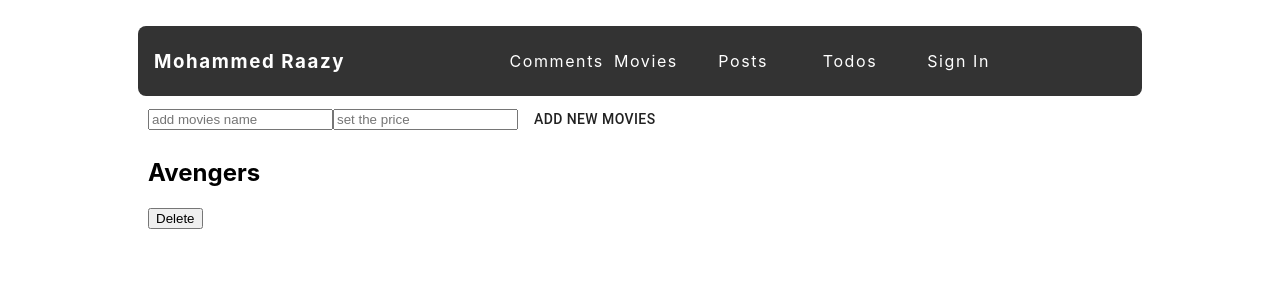
Repository: raazymuhd1/learn-nextjs
Page: /movies
These files come from the project's save history. The page is drawn as it stood at one moment and after the next save; the edit follows.
The browser window is 1280 px wide. The pictures show the whole page.
The page's requests for data from a server got no answer. The project was rebuilt for these pictures with package versions that can differ from the ones it lists, and the page was loaded fresh each time. The framework's server and built-in components were replaced by stand-ins that run in the browser. No one was signed in, and anything a server would have sent is missing.

Above is the page before, as saved 2021-09-02 19:54:30.

After the next save:
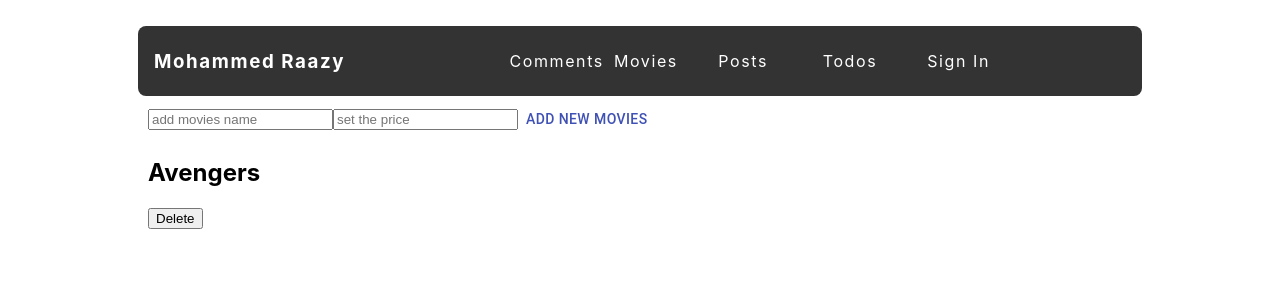
Saved 43 s later.
--- a/pages/movies/index.js
+++ b/pages/movies/index.js
@@ -27,7 +27,7 @@ const Movie = () => {
              value={moviePrice}
              onChange={e => setMoviePrice(e.target.value) }
              placeholder="set the price"  />
-             <Button variant="primary"
+             <Button color="primary"
              onClick={ () => dispatch({ type: "addMovie", name: movieName, price: moviePrice }) } > Add New Movies </Button>
 
              { movies.map((movie, index) => (
